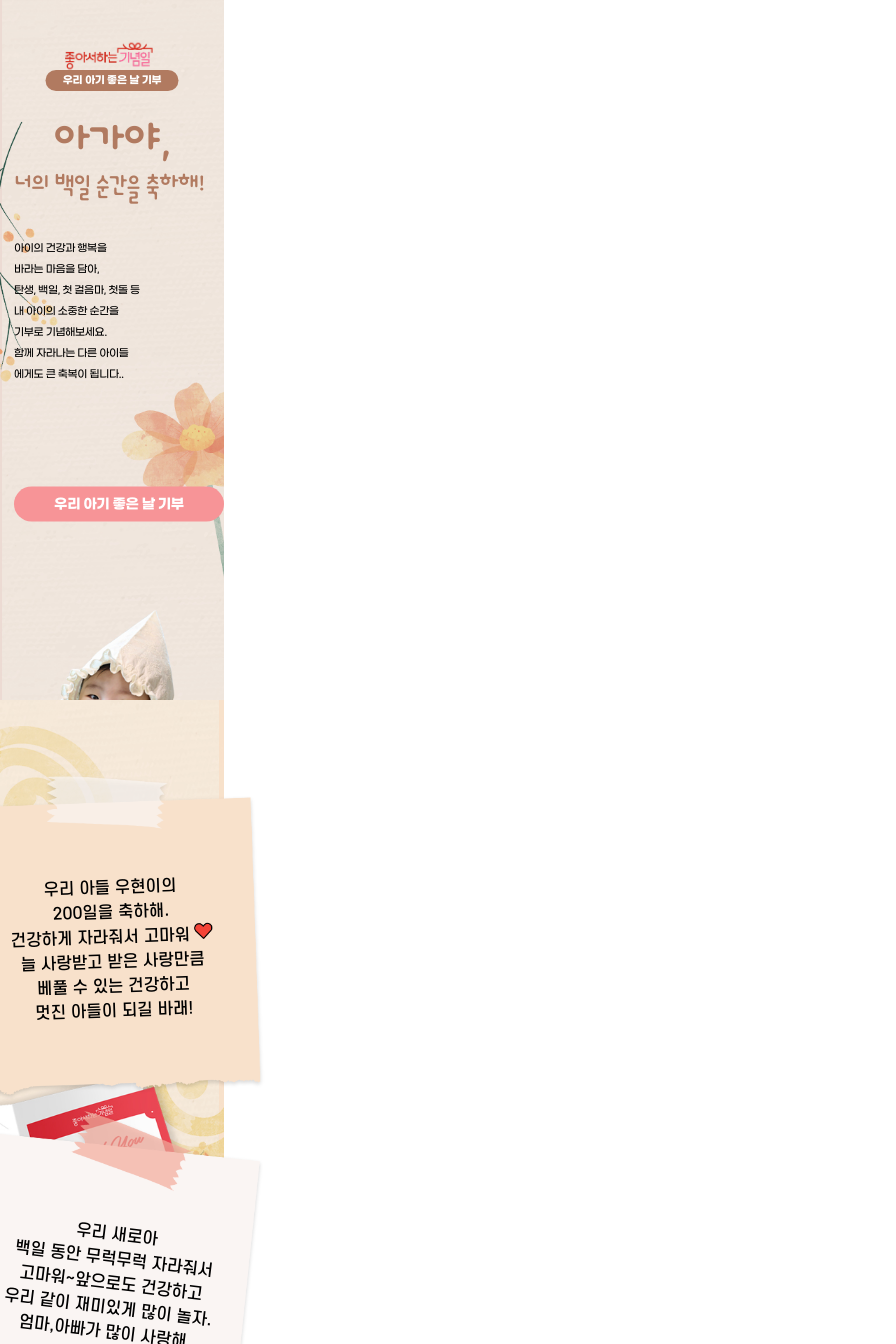
Repository: dlgywls1130/save_the_m320
Page: index.html
These files come from the project's save history. The page is drawn as it stood at one moment and after the next save; the edit follows.
The browser window is 1280 px wide. The pictures show the part of the page from y = 0 to 1920 px (the page is 10040 px tall), at 70% of full size.

Above is the page before, as saved 2023-12-21 00:50:16.

After the next save:
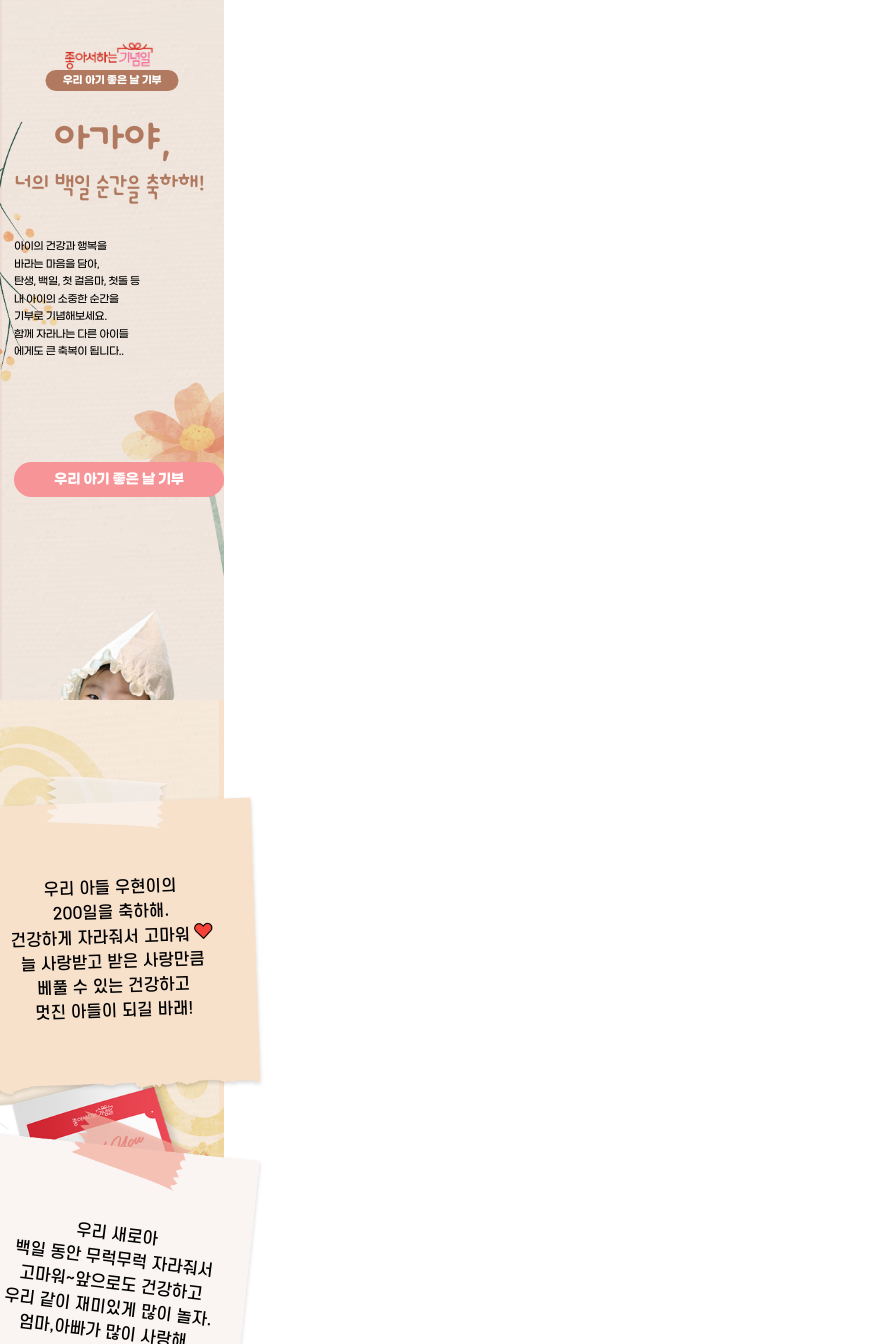
Saved 10 s later.
--- a/css/style.css
+++ b/css/style.css
@@ -184,7 +184,7 @@
 }
 .section_descript{
     font-size: 15px;
-    line-height: 30px;
+    line-height: 25px;
     font-family: 'GmarketSans';
     font-weight: 500;
     letter-spacing: -0.03em;
